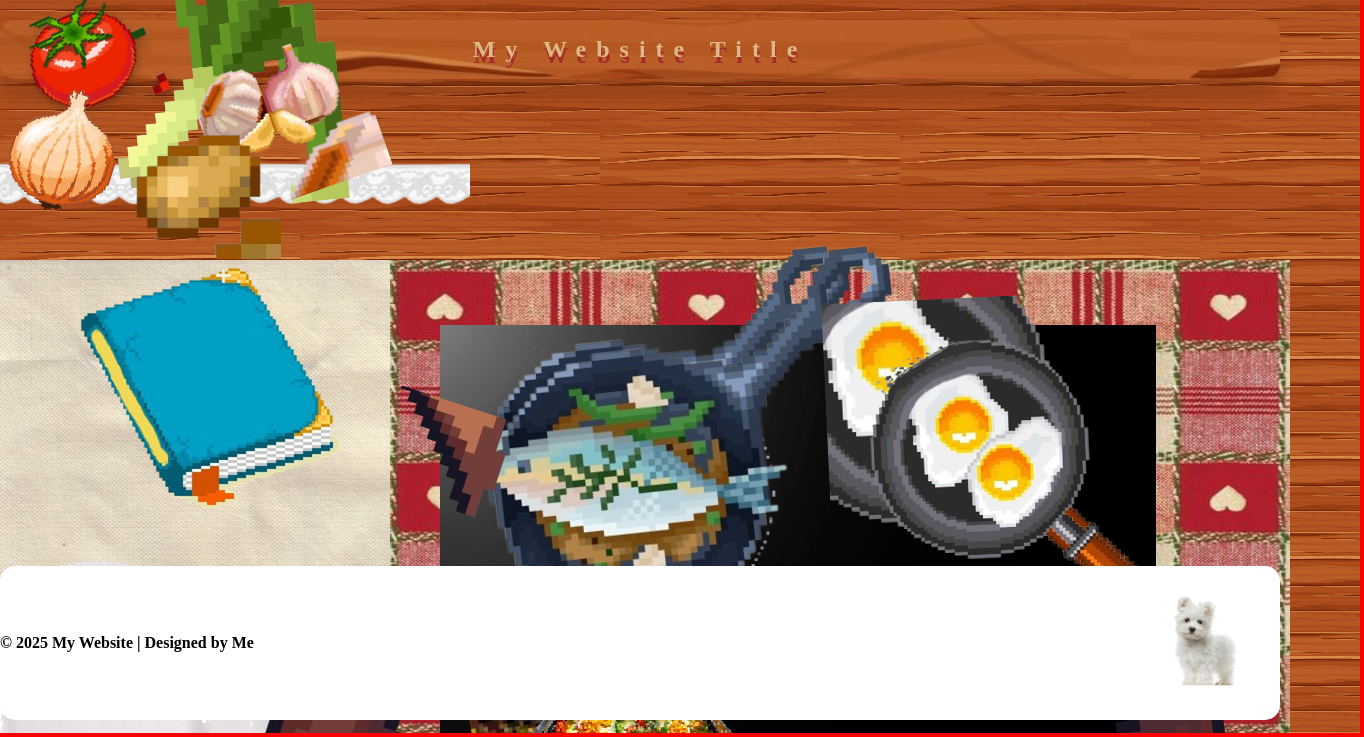
Repository: AJamdonuts/ToddyTalks
Page: playingaround2/pages/chefsujin.html
The author's editor kept a copy of each file at every save. The page is drawn from the files as they stood at one save, then again after the next save.
The browser window is 1280 px wide. The page is 1364 px wide, then 1280 px, so the pictures cover 1364 px, including what lies to the right of the window. The pictures show the whole page.
An inner scrolling area shows only its first screen.

Above is the page before, as saved 2025-11-26 23:54:01.

After the next save:
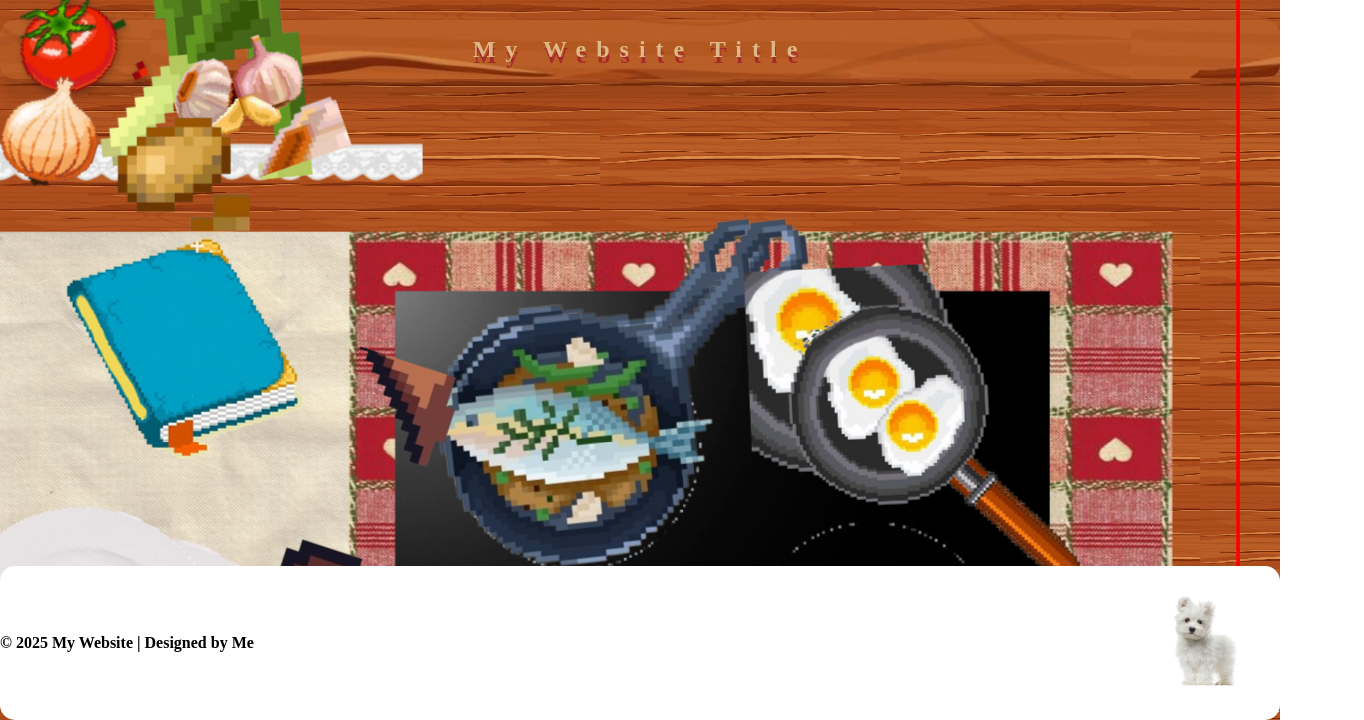
Saved 56 s later.
--- a/playingaround2/javascript/chefsujin.js
+++ b/playingaround2/javascript/chefsujin.js
@@ -1,6 +1,6 @@
 function calculateScaleFactor() {
-    const DESIGN_WIDTH = 1440;
-    const DESIGN_HEIGHT = 5000;
+    const DESIGN_WIDTH = 1400;
+    const DESIGN_HEIGHT = 500;
     const MIN_SCALE = 0.5;
 
     const viewportWidth = window.innerWidth;
@@ -20,25 +20,3 @@ function calculateScaleFactor() {
 
 window.addEventListener('resize', calculateScaleFactor);
 document.addEventListener('DOMContentLoaded', calculateScaleFactor);
-function calculateScaleFactor() {
-    const DESIGN_WIDTH = 1440;
-    const DESIGN_HEIGHT = 5000;
-    const MIN_SCALE = 1;
-
-    const viewportWidth = window.innerWidth;
-    const viewportHeight = window.innerHeight;
-
-    const widthScale = viewportWidth / DESIGN_WIDTH;
-    const heightScale = viewportHeight / DESIGN_HEIGHT;
-
-    const scaleFactor = Math.min(widthScale, heightScale, 1); // never scale above 1
-    const finalScale = Math.max(scaleFactor, MIN_SCALE);      // never scale below MIN_SCALE
-
-    const canvas = document.querySelector('.canvas');
-    if (canvas) {
-        canvas.style.setProperty('--scale-factor', finalScale);
-    }
-}
-
-window.addEventListener('resize', calculateScaleFactor);
-document.addEventListener('DOMContentLoaded', calculateScaleFactor);
